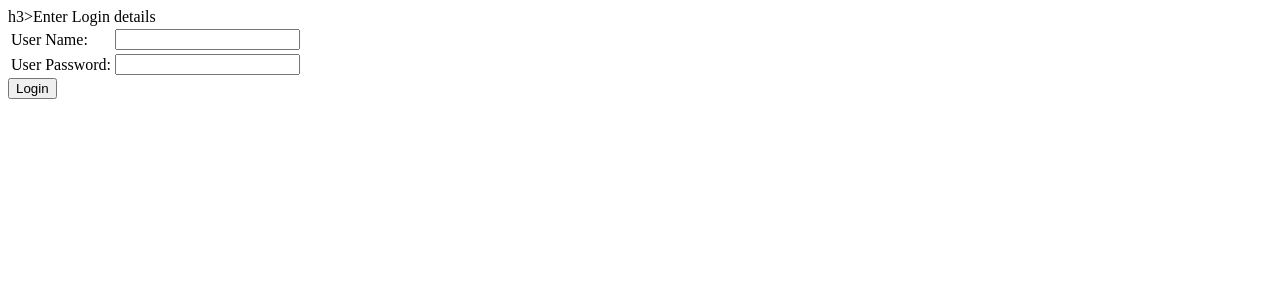
Repository: Kamleshmaury/CoreJava
Page: http://localhost/ServletLoginDemo/login.jsp
These files come from the project's save history. The page is drawn as it stood at one moment and after the next save; the edit follows.
The browser window is 1280 px wide. The pictures show the whole page.
The page is served by Tomcat 9. Other server files are loaded and not shown.

Above is the page before, as saved 2022-10-14 10:08:14.

### ServletLoginDemo/src/main/webapp/login.jsp
<%@ page language="java" contentType="text/html; charset=UTF-8"
	pageEncoding="UTF-8"%>
<!DOCTYPE html>
<html>
<head>
<meta charset="UTF-8">
<title>Login page</title>
</head>
<body>
	<form action="login" method="post">
		h3>Enter Login details
		</h3>

		<table>
			<tr>
				<td>User Name:</td>
				<td><input type="text" name="usName" /></td>
			</tr>
			<tr>
				<td>User Password:</td>
				<td><input type="password" name="usPass" /></td>
			</tr>

		</table>

		<input type="submit" value="Login" />



	</form>
</body>
</html>

After the next save:
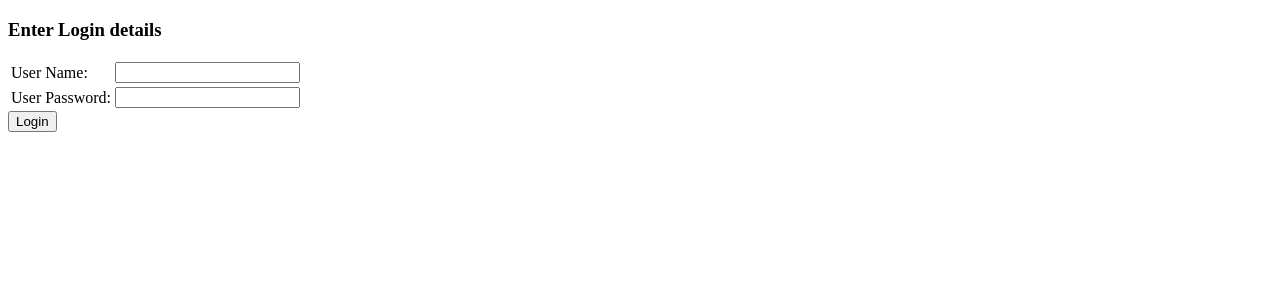
Saved 6 s later.
--- a/ServletLoginDemo/src/main/webapp/login.jsp
+++ b/ServletLoginDemo/src/main/webapp/login.jsp
@@ -8,8 +8,7 @@
 </head>
 <body>
 	<form action="login" method="post">
-		h3>Enter Login details
-		</h3>
+		<h3>Enter Login details</h3>
 
 		<table>
 			<tr>
